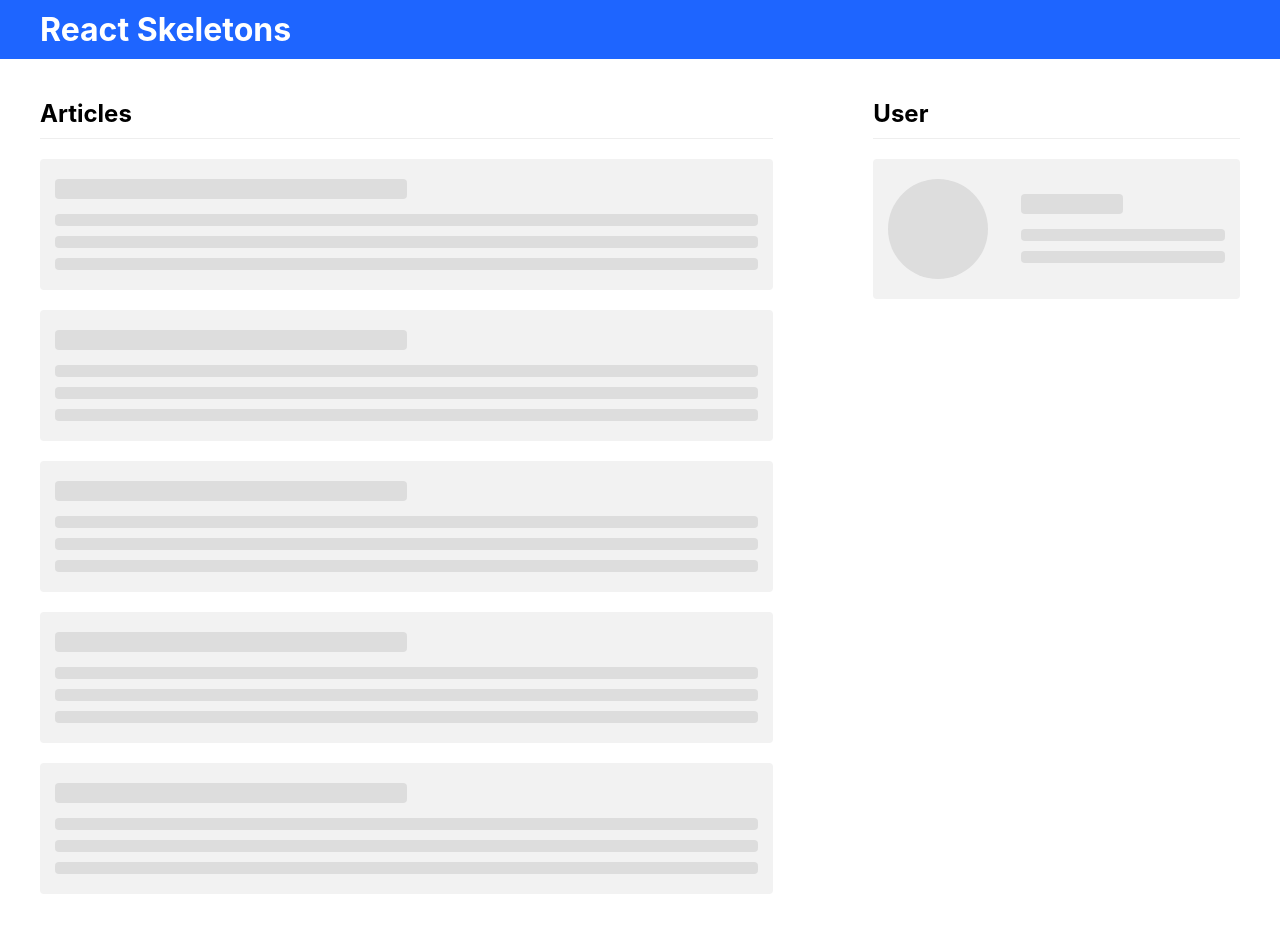
Repository: hwangstar156/React-skeleton-image
Page: /
An editor plug-in stored every save of this project. The page is shown before and after the next save, followed by the edit.
The browser window is 1280 px wide. The pictures show the whole page.
The page's requests for data from a server got no answer. The project was rebuilt for these pictures with package versions that can differ from the ones it lists, and the page was loaded fresh each time. No one was signed in, and anything a server would have sent is missing.

Above is the page before, as saved 2021-10-02 01:41:03.

After the next save:
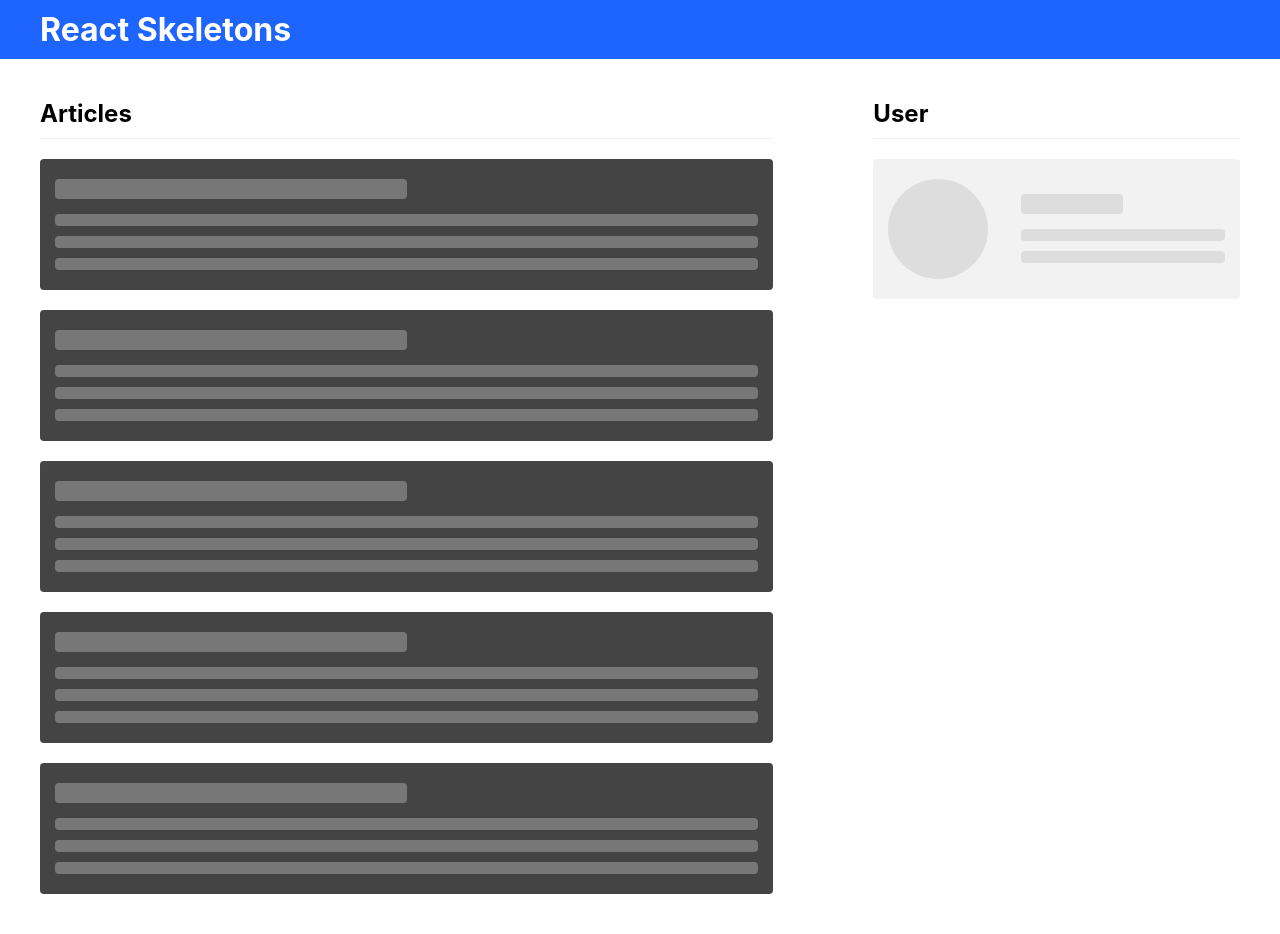
Saved 32 s later.
--- a/src/component/Article.js
+++ b/src/component/Article.js
@@ -22,7 +22,8 @@ const Articles = () => {
             <p>{article.body}</p>
           </div>
         ))}
-      {!articles && [1, 2, 3, 4, 5].map((n) => <SkeletonArticle key={n} />)}
+      {!articles &&
+        [1, 2, 3, 4, 5].map((n) => <SkeletonArticle key={n} theme="dark" />)}
     </div>
   );
 };
